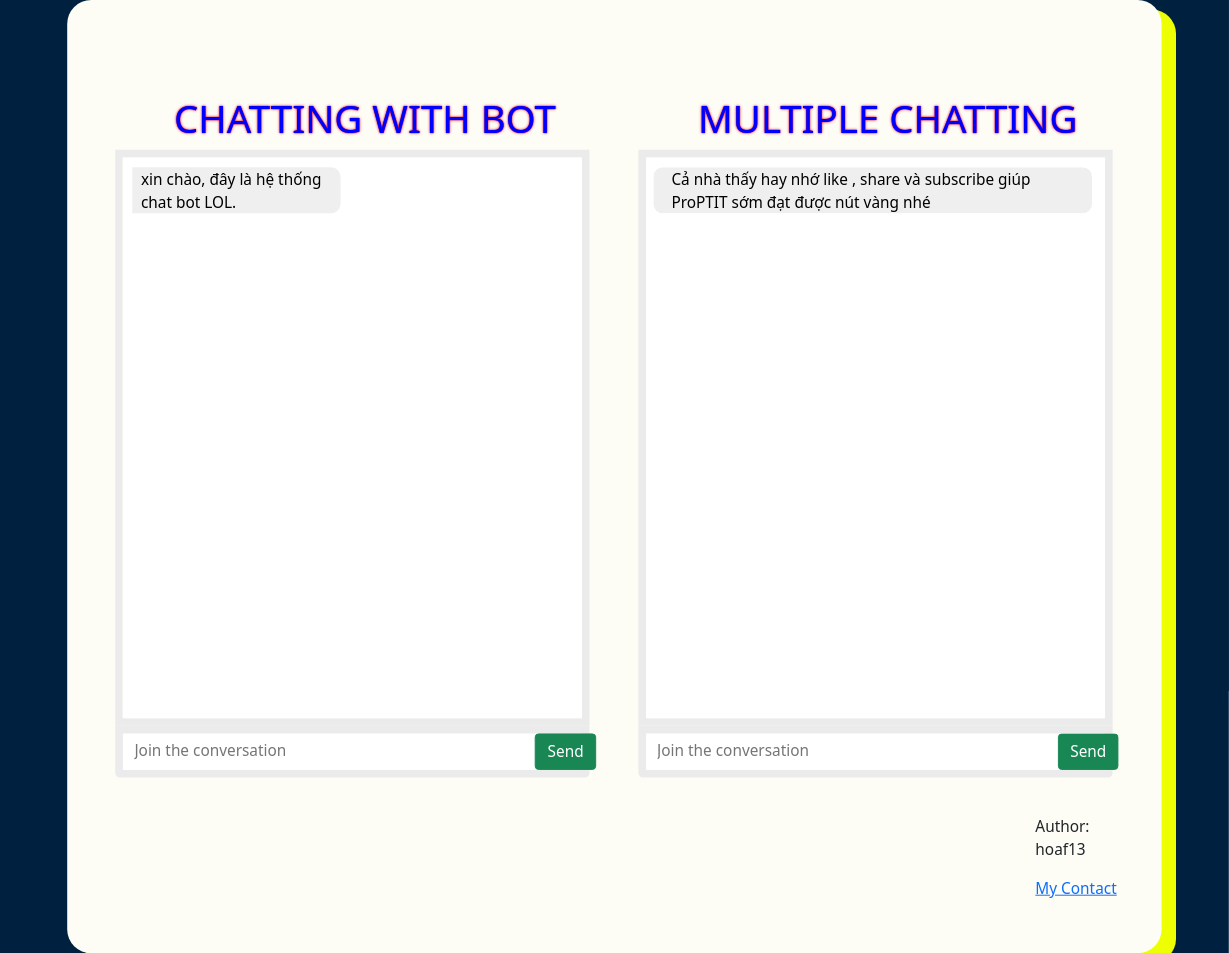
Repository: hoaf13/nlp-chatbot-lol
Page: http://localhost/
An editor plug-in stored every save of this project. The page is shown before and after the next save, followed by the edit.
The browser window is 1280 px wide. The pictures show the whole page, at 96% of full size.
Some web libraries are served in a nearby version. The page is served by the project's application, run on Flask 3 (app/__init__.py). Other server files are loaded and not shown.

Above is the page before, as saved 2021-01-24 19:08:21.

### app/templates/pages/index.html
<!DOCTYPE html>
<html>
  <head>
    <meta charset="utf-8">
    <meta name="viewport" content="width=device-width, initial-scale=1">
    <title>Hello</title>
    <script src="https://ajax.googleapis.com/ajax/libs/jquery/2.2.4/jquery.min.js"></script>

    <link rel="stylesheet" type='text/css' href="{{ url_for('static', filename='css/bootstrap.min.css') }}">
    <link rel="stylesheet" type='text/css' href="{{ url_for('static', filename='css/style.css') }}">
  </head>
  <body>

    <script src="//cdnjs.cloudflare.com/ajax/libs/socket.io/2.2.0/socket.io.js" integrity="sha256-yr4fRk/GU1ehYJPAs8P4JlTgu0Hdsp4ZKrx8bDEDC3I=" crossorigin="anonymous"></script>
    <script type="text/javascript" charset="utf-8">

    $(document).ready(function(){
      var socket = io();
      socket.on('connect', function() {
        socket.emit('connected', socket.id);
      });

      $('#send-btn-2').on('click', ()=>{
        socket.emit('client-send-multiple-messages', $('#my-message-2').val())
        $('#my-message-2').val('')
      });

      socket.on('server-send-multiple-messages', (msg) => {
        $('#multi-messages').append('<div class="row"><p class="box3">' + msg + '</p></div>')
        console.log(msg)
      });

      $('#send-btn-1').on('click', ()=>{
        socket.emit('client-send-single-messages', $('#my-message-1').val())
        $('#my-message-1').val('')
      });

      socket.on('server-send-single-messages', (msg) => {
        $('#single-messages').append('<div class="row"><div class="col-sm-6"><p class="float-start box1"></p></div><div class="col-sm-6"><p class="float-end box2">' + msg['client_msg'] + '</p></div></div>')
        $('#single-messages').append('<div class="row"><div class="col-sm-6"><p class="float-start box1">' + msg['server_msg'] + '</p></div><div class="col-sm-6"><p class="float-end box2"></div></div>')
        console.log(msg['client_msg'] + " " + msg['server_msg'])
      });
    });

  </script>

     <div class="container min-100">
        <div class="row">
            <div class="col">
              <h1> <div class="box-title"> CHATTING WITH BOT </div></h1>

              <div id="single-messages" class="box-single-chat">
                <div class="row">
                  <div class="col-sm-6">
                    <p class="float-start box1">
                      xin chào, đây là hệ thống chat bot LOL.
                    </p>
                  </div>
                  <div class="col-sm-6"><p class="float-end box2"></div>
                </div>

                <div class="row">
                    <div class="col-sm-6"><p class="float-start box1"></p></div>
                    <div class="col-sm-6"><p class="float-end "></div>
                </div>

              </div> <!--div end box-single-chat -->

              <div class="send-msg">
                <div class="my-box" style="margin-right: -20px; padding-left: 10px;">
                  <input id="my-message-1" style="padding-right: 10px;" type="text" placeholder="Join the conversation" name="single_message" required>
                  <button id="send-btn-1" class="btn btn-success" type="button" >Send</button>
                </div>

            </div>

            </div> <!--div end col-->

            <div class="col">
              <h1> <div class="box-title"> MULTIPLE CHATTING </div></h1>

              <div id = "multi-messages" class="box-single-chat">
                <div class="row">
                  <p class="box3">Cả nhà thấy hay nhớ like , share và subscribe giúp ProPTIT sớm đạt được nút vàng nhé</p>
                </div>
              </div>

              <div class="send-msg">
                  <div class="my-box" style="margin-right: -20px; padding-left: 10px;">
                    <input id="my-message-2" style="padding-right: 10px;" type="text" placeholder="Join the conversation" name="multiple_message" required>
                    <button id="send-btn-2" class="btn btn-success" type="button" >Send</button>
                  </div>

              </div>

            </div>
        </div>
        <div class="space"></br>

        <footer style="padding-left: 90%;">
          <p>Author: hoaf13</p>
          <p><a href="https://www.facebook.com/hoaf13.6/">My Contact</a></p>
        </footer>
     </div>


  </body>
</html>

### app/mod_pages/controllers.py
from flask import Blueprint, flash, render_template, request, session, abort, redirect, url_for
import requests
import os
from app import app

mod_pages = Blueprint('pages', __name__, url_prefix='')


@mod_pages.route("/")
def hello():
    # currentSocketId = request.namespace.socket.sessid
    # print("CurrentSocketID: {}".format(currentSocketId))
    return render_template('pages/index.html')

### app/__init__.py
from flask import Flask, render_template, url_for, redirect
import os

app = Flask(__name__)
app.config.from_object('config')

from app.mod_pages.controllers import mod_pages as pages_module
app.register_blueprint(pages_module)

from flask_sqlalchemy import SQLAlchemy
from flask_migrate import Migrate

db = SQLAlchemy(app)
migrate = Migrate(app, db)

from app import models

@app.errorhandler(404)
def not_found(error):
    return render_template('404.html')

### app/static/css/style.css
html, body {
  height: 100%;
  background-color: #00203fff;
  /* font-size: 20px; */
}

.min-100 {
  background-color: #fdfcf5;
  border-radius: 25px;
  padding: 100px 25px 25px 50px;
  box-shadow: 15px 10px #eeff04;
}

.box-single-chat {
  max-width: 100%;
  height:600px;
  width:95%;
  overflow:auto;
  border:8px solid #ebebeb;
  padding: 2%;
  background-color: #ffffff;
}

.box1{
  background-color: #efefef;
  border-radius: 0 10px 10px 0;
  color: #000000;
  padding-left: 4%;
  padding-right: 4%;
  /* max-width: 100%; */
}

.space{
  padding: 15px 0px 15px 0px;
}

.box2{
  background-color: #2810ff;
  border-radius: 10px 0px 0px 10px;
  color: #fdfcf5;
  padding-left: 4%;
  padding-right: 4%;
  /* max-width: 100%; */
}

.box3{
  background-color: #efefef;
  color: #000000;
  /* background-image: linear-gradient(to right, rgb(156, 5, 156), rgb(0, 0, 255)); */
  border-radius: 10px 10px 10px 10px;
  padding-left: 4%;
  padding-right: 4%;
  margin-left: 2%;
  width: 95%;
}

.box-title{
  display: flex;
  justify-content: center;
  text-shadow: 0 0 3px #FF0000, 0 0 1px #0000FF;
  color: blue;
}

.send-msg{
  background-color: #ffffff;
  width: 95%;
  border:8px solid #ebebeb;
  border-radius: 0 0 5px 5px;
  padding-right: -25px;
}

input{
  border: none;
  width: 85%;
}

textarea:focus, input:focus{
  outline: none;
}

### app/templates/404.html
<!DOCTYPE html>
<html lang="en">
<head>
    <meta charset="UTF-8">
    <meta name="viewport" content="width=device-width, initial-scale=1.0">
    <title>404 NOT FOUND</title>
</head>
<body>
    <div id="message">
      <h2>404</h2>
      <h1>Page Not Found</h1>
      <p>The specified file was not found on this website. Please check the URL for mistakes and try again.</p>
    </div>
</body>
</html>

Loaded but not shown: app/static/css/bootstrap.min.css (library)

After the next save:
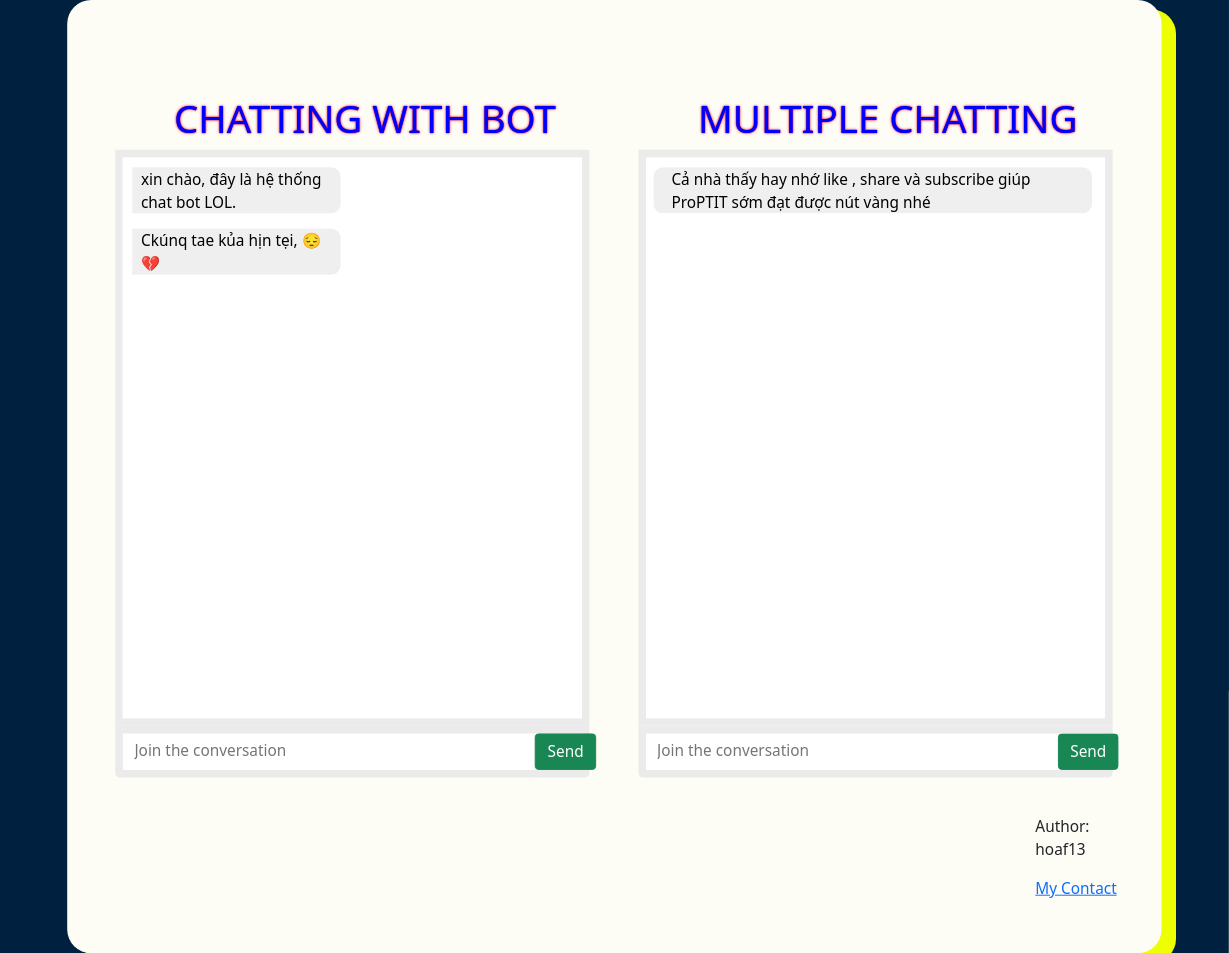
Saved 41 s later.
--- a/app/templates/pages/index.html
+++ b/app/templates/pages/index.html
@@ -60,7 +60,8 @@
                 </div>
 
                 <div class="row">
-                    <div class="col-sm-6"><p class="float-start box1"></p></div>
+                    <div class="col-sm-6"><p class="float-start box1">Ckúnq tae kủa hịn tẹi, 😔💔
+                    </p></div>
                     <div class="col-sm-6"><p class="float-end "></div>
                 </div>
 
